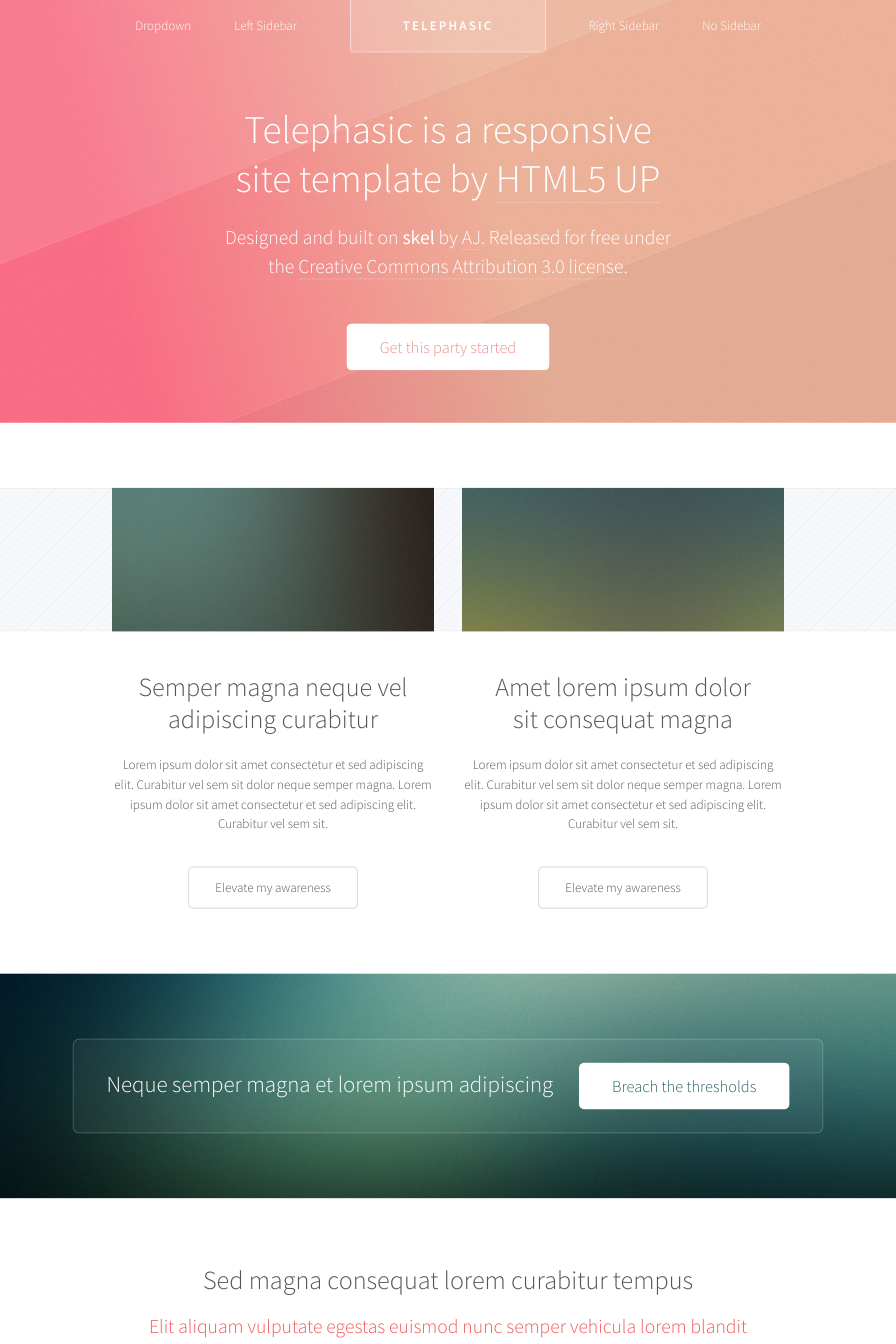
Repository: FranCodeCafe/francodecafe.github.io
Page: index.html
An editor plug-in stored every save of this project. The page is shown before and after the next save, followed by the edit.
The browser window is 1280 px wide. The pictures show the part of the page from y = 0 to 1920 px (the page is 3491 px tall), at 70% of full size.

Above is the page before, as saved 2015-01-25 00:07:06.

### index.html
<!DOCTYPE HTML>
<!--
	Telephasic by HTML5 UP
	html5up.net | @n33co
	Free for personal and commercial use under the CCA 3.0 license (html5up.net/license)
-->
<html>
	<head>
		<title>Telephasic by HTML5 UP</title>
		<meta http-equiv="content-type" content="text/html; charset=utf-8" />
		<meta name="description" content="" />
		<meta name="keywords" content="" />
		<!--[if lte IE 8]><script src="css/ie/html5shiv.js"></script><![endif]-->
		<script src="js/jquery.min.js"></script>
		<script src="js/jquery.dropotron.min.js"></script>
		<script src="js/skel.min.js"></script>
		<script src="js/skel-layers.min.js"></script>
		<script src="js/init.js"></script>
		<noscript>
			<link rel="stylesheet" href="css/skel.css" />
			<link rel="stylesheet" href="css/style.css" />
		</noscript>
		<!--[if lte IE 8]><link rel="stylesheet" href="css/ie/v8.css" /><![endif]-->
	</head>
	<body class="homepage">

		<!-- Header -->
			<div id="header-wrapper">
				<div id="header" class="container">

					<!-- Logo -->
						<h1 id="logo"><a href="index.html">Telephasic</a></h1>

					<!-- Nav -->
						<nav id="nav">
							<ul>
								<li>
									<a href="">Dropdown</a>
									<ul>
										<li><a href="#">Lorem ipsum dolor</a></li>
										<li><a href="#">Magna phasellus</a></li>
										<li><a href="#">Etiam dolore nisl</a></li>
										<li>
											<a href="">Phasellus consequat</a>
											<ul>
												<li><a href="#">Lorem ipsum dolor</a></li>
												<li><a href="#">Phasellus consequat</a></li>
												<li><a href="#">Magna phasellus</a></li>
												<li><a href="#">Etiam dolore nisl</a></li>
											</ul>
										</li>
										<li><a href="#">Veroeros feugiat</a></li>
									</ul>
								</li>
								<li><a href="left-sidebar.html">Left Sidebar</a></li>
								<li class="break"><a href="right-sidebar.html">Right Sidebar</a></li>
								<li><a href="no-sidebar.html">No Sidebar</a></li>
							</ul>
						</nav>

				</div>

				<!-- Hero -->
					<section id="hero" class="container">
						<header>
							<h2>Telephasic is a responsive
							<br />
							site template by <a href="http://html5up.net">HTML5 UP</a></h2>
						</header>
						<p>Designed and built on <strong>skel</strong> by <a href="http://n33.co">AJ</a>. Released for free under
						<br />
						the <a href="http://html5up.net/license">Creative Commons Attribution 3.0 license</a>.</p>
						<ul class="actions">
							<li><a href="#" class="button">Get this party started</a></li>
						</ul>
					</section>

			</div>

		<!-- Features 1 -->
			<div class="wrapper">
				<div class="container">
					<div class="row">
						<section class="6u 12u(narrower) feature">
							<div class="image-wrapper first">
								<a href="#" class="image featured first"><img src="images/pic01.jpg" alt="" /></a>
							</div>
							<header>
								<h2>Semper magna neque vel<br />
								adipiscing curabitur</h2>
							</header>
							<p>Lorem ipsum dolor sit amet consectetur et sed adipiscing elit. Curabitur vel
							sem sit dolor neque semper magna. Lorem ipsum dolor sit amet consectetur et sed
							adipiscing elit. Curabitur vel sem sit.</p>
							<ul class="actions">
								<li><a href="#" class="button">Elevate my awareness</a></li>
							</ul>
						</section>
						<section class="6u 12u(narrower) feature">
							<div class="image-wrapper">
								<a href="#" class="image featured"><img src="images/pic02.jpg" alt="" /></a>
							</div>
							<header>
								<h2>Amet lorem ipsum dolor<br />
								sit consequat magna</h2>
							</header>
							<p>Lorem ipsum dolor sit amet consectetur et sed adipiscing elit. Curabitur vel
							sem sit dolor neque semper magna. Lorem ipsum dolor sit amet consectetur et sed
							adipiscing elit. Curabitur vel sem sit.</p>
							<ul class="actions">
								<li><a href="#" class="button">Elevate my awareness</a></li>
							</ul>
						</section>
					</div>
				</div>
			</div>

		<!-- Promo -->
			<div id="promo-wrapper">
				<section id="promo">
					<h2>Neque semper magna et lorem ipsum adipiscing</h2>
					<a href="#" class="button">Breach the thresholds</a>
				</section>
			</div>

		<!-- Features 2 -->
			<div class="wrapper">
				<section class="container">
					<header class="major">
						<h2>Sed magna consequat lorem curabitur tempus</h2>
						<p>Elit aliquam vulputate egestas euismod nunc semper vehicula lorem blandit</p>
					</header>
					<div class="row features">
						<section class="4u 12u(narrower) feature">
							<div class="image-wrapper first">
								<a href="#" class="image featured"><img src="images/pic03.jpg" alt="" /></a>
							</div>
							<p>Lorem ipsum dolor sit amet consectetur et sed adipiscing elit. Curabitur
							vel sem sit dolor neque semper magna lorem ipsum.</p>
						</section>
						<section class="4u 12u(narrower) feature">
							<div class="image-wrapper">
								<a href="#" class="image featured"><img src="images/pic04.jpg" alt="" /></a>
							</div>
							<p>Lorem ipsum dolor sit amet consectetur et sed adipiscing elit. Curabitur
							vel sem sit dolor neque semper magna lorem ipsum.</p>
						</section>
						<section class="4u 12u(narrower) feature">
							<div class="image-wrapper">
								<a href="#" class="image featured"><img src="images/pic05.jpg" alt="" /></a>
							</div>
							<p>Lorem ipsum dolor sit amet consectetur et sed adipiscing elit. Curabitur
							vel sem sit dolor neque semper magna lorem ipsum.</p>
						</section>
					</div>
					<ul class="actions major">
						<li><a href="#" class="button">Elevate my awareness</a></li>
					</ul>
				</section>
			</div>

		<!-- Footer -->
			<div id="footer-wrapper">
				<div id="footer" class="container">
					<header class="major">
						<h2>Euismod aliquam vehicula lorem</h2>
						<p>Lorem ipsum dolor sit amet consectetur et sed adipiscing elit. Curabitur vel sem sit<br />
						dolor neque semper magna lorem ipsum feugiat veroeros lorem ipsum dolore.</p>
					</header>
					<div class="row">
						<section class="6u 12u(narrower)">
							<form method="post" action="#">
								<div class="row 50%">
									<div class="6u 12u(mobile)">
										<input name="name" placeholder="Name" type="text" />
									</div>
									<div class="6u 12u(mobile)">
										<input name="email" placeholder="Email" type="text" />
									</div>
								</div>
								<div class="row 50%">
									<div class="12u">
										<textarea name="message" placeholder="Message"></textarea>
									</div>
								</div>
								<div class="row 50%">
									<div class="12u">
										<ul class="actions">
											<li><input type="submit" value="Send Message" /></li>
											<li><input type="reset" value="Clear form" /></li>
										</ul>
									</div>
								</div>
							</form>
						</section>
						<section class="6u 12u(narrower)">
							<div class="row 0%">
								<ul class="divided icons 6u 12u(mobile)">
									<li class="icon fa-twitter"><a href="#"><span class="extra">twitter.com/</span>untitled</a></li>
									<li class="icon fa-facebook"><a href="#"><span class="extra">facebook.com/</span>untitled</a></li>
									<li class="icon fa-dribbble"><a href="#"><span class="extra">dribbble.com/</span>untitled</a></li>
								</ul>
								<ul class="divided icons 6u 12u(mobile)">
									<li class="icon fa-instagram"><a href="#"><span class="extra">instagram.com/</span>untitled</a></li>
									<li class="icon fa-youtube"><a href="#"><span class="extra">youtube.com/</span>untitled</a></li>
									<li class="icon fa-pinterest"><a href="#"><span class="extra">pinterest.com/</span>untitled</a></li>
								</ul>
							</div>
						</section>
					</div>
				</div>
				<div id="copyright" class="container">
					<ul class="menu">
						<li>&copy; Untitled. All rights reserved.</li><li>Design: <a href="http://html5up.net">HTML5 UP</a></li>
					</ul>
				</div>
			</div>

	</body>
</html>

### css/style-normal.css
/*
	Telephasic by HTML5 UP
	html5up.net | @n33co
	Free for personal and commercial use under the CCA 3.0 license (html5up.net/license)
*/

/*********************************************************************************/
/* Basic                                                                         */
/*********************************************************************************/

	body,input,textarea,select
	{
		line-height: 1.5em;
		font-size: 14pt;
	}

	span.extra
	{
		display: none;
	}

/*********************************************************************************/
/* Wrappers                                                                      */
/*********************************************************************************/

	.wrapper
	{
		padding: 5em 0 5em 0;
	}

	#header-wrapper
	{
		padding: 2em 0 em 0;
	}

		.homepage #header-wrapper
		{
			padding: 8em 0 4em 0;
		}

	#promo-wrapper
	{
		padding: 5em 0 5em 0;
	}

	#footer-wrapper
	{
		padding: 5em 0 5em 0;
	}

Loaded but not shown: js/jquery.min.js (library); js/jquery.dropotron.min.js (library); js/skel.min.js (library); js/skel-layers.min.js (library); css/font-awesome.min.css (library); js/init.js (92 lines, source omitted); css/style.css (938 lines, source omitted)

After the next save:
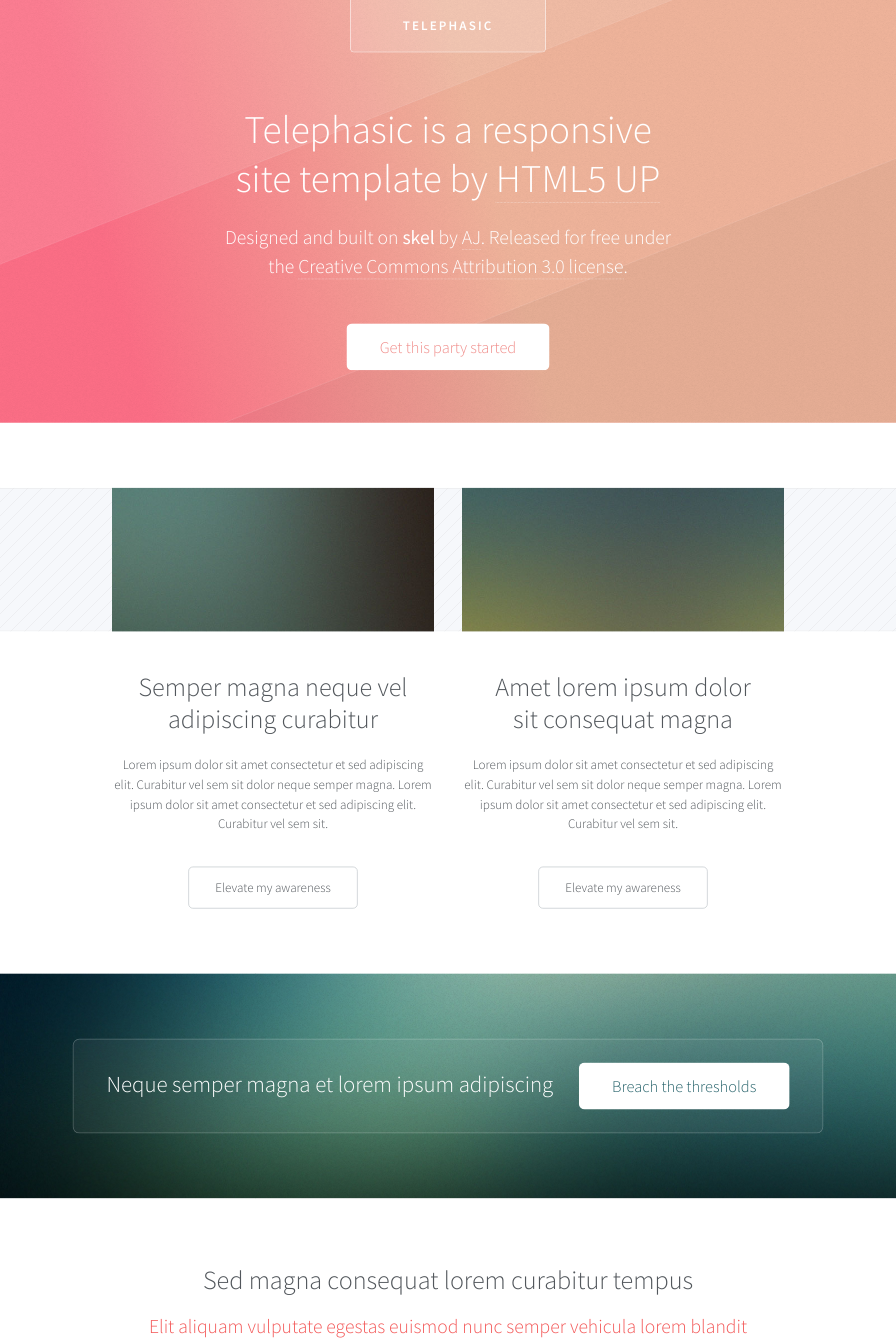
Saved 1823 days later.
--- a/index.html
+++ b/index.html
@@ -32,7 +32,7 @@
 						<h1 id="logo"><a href="index.html">Telephasic</a></h1>
 
 					<!-- Nav -->
-						<nav id="nav">
+						<!-- <nav id="nav">
 							<ul>
 								<li>
 									<a href="">Dropdown</a>
@@ -56,7 +56,7 @@
 								<li class="break"><a href="right-sidebar.html">Right Sidebar</a></li>
 								<li><a href="no-sidebar.html">No Sidebar</a></li>
 							</ul>
-						</nav>
+						</nav> -->
 
 				</div>
 
